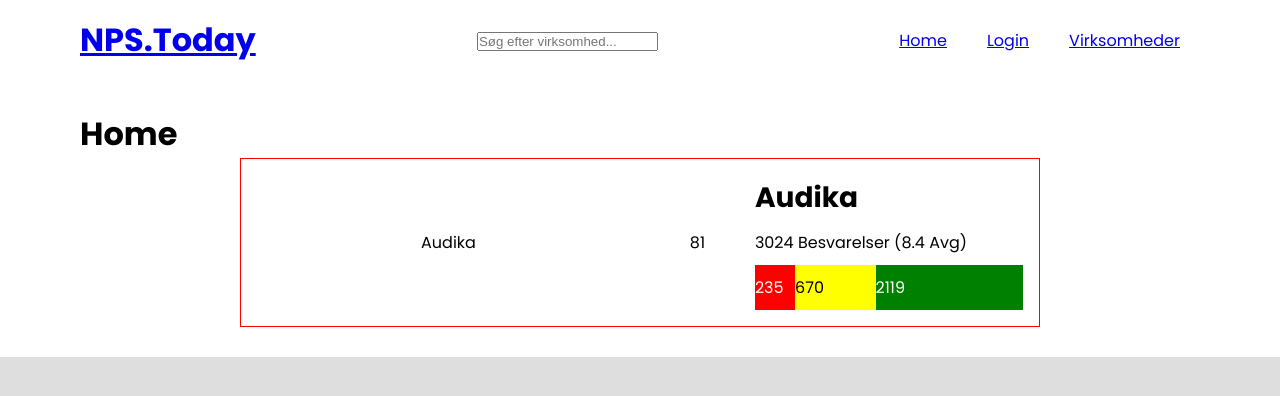
Repository: Shaydx/reviews
Page: /
The author's editor kept a copy of each file at every save. The page is drawn from the files as they stood at one save, then again after the next save.
The browser window is 1280 px wide. The pictures show the whole page.
The project was rebuilt for these pictures with package versions that can differ from the ones it lists, and the page was loaded fresh each time.

Above is the page before, as saved 2020-10-13 16:38:47.

After the next save:
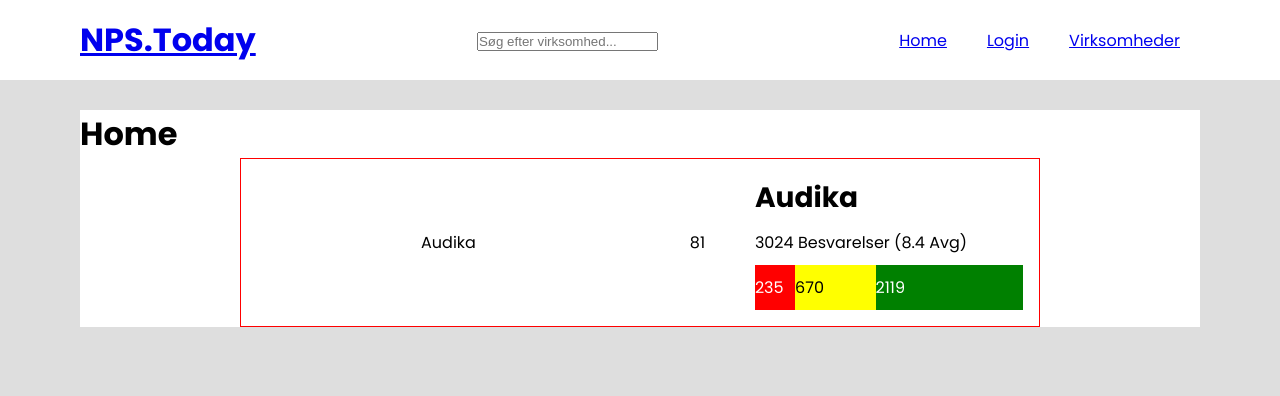
Saved 21 s later.
--- a/src/assets/base/_global.scss
+++ b/src/assets/base/_global.scss
@@ -1,4 +1,4 @@
 .content-wrapper {
   background: $white;
-  padding: $padding;
+  margin: $padding;
 }
